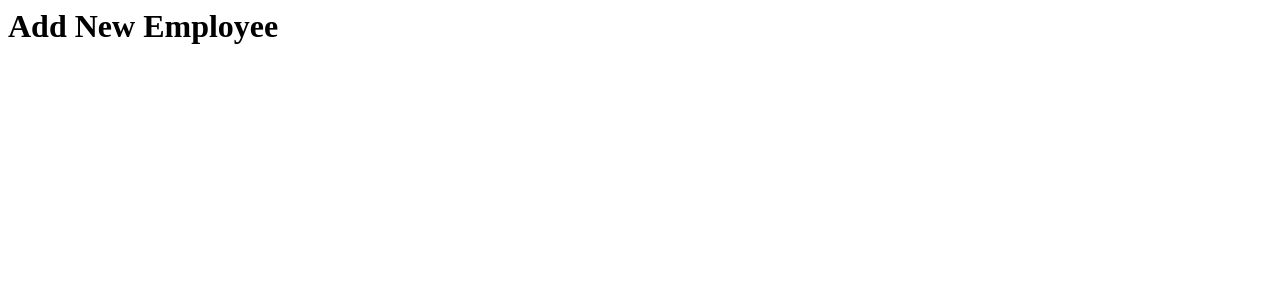
Repository: ErNitesh-d/java-program
Page: http://localhost/JSP_CON/
An editor plug-in stored every save of this project. The page is shown before and after the next save, followed by the edit.
The browser window is 1280 px wide. The pictures show the whole page.
The page is served by Tomcat 9.

Above is the page before, as saved 2022-09-28 15:00:17.

### JAVA PROJECTS/JSP_CON/WebContent/index.jsp
<html>
<head>
<meta charset="ISO-8859-1">
<title>Insert title here</title>
</head>
<body>
<h1>Add New Employee</h1>

After the next save:
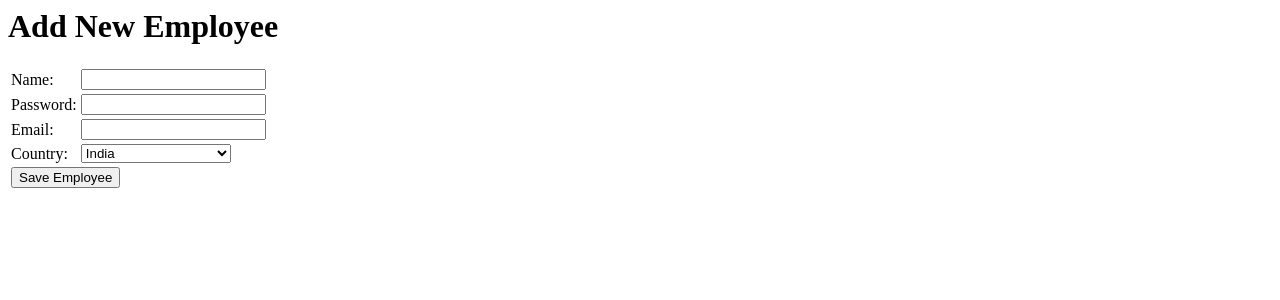
Saved 7 min 32 s later.
--- a/JAVA PROJECTS/JSP_CON/WebContent/index.jsp
+++ b/JAVA PROJECTS/JSP_CON/WebContent/index.jsp
@@ -5,3 +5,30 @@
 </head>
 <body>
 <h1>Add New Employee</h1>
+<form action="SaveRegistration.jsp" method="post"> <table>
+<tr>
+<td>Name:</td>
+<td><input type="text" name="name"/></td>
+</tr>
+<tr>
+<td>Password: </td>
+<td><input type="password" name="password"/></td>
+</tr>
+<tr>
+<td>Email:</td>
+<td><input type="email" name="email"/></td>
+</tr>
+<tr>
+<td>Country: </td>
+<td>
+<select name="country" style="width:150px">
+<option>India</option>
+<option>USA</option>
+<option>UK </option>
+<option>Other</option>
+</select>
+</td>
+</tr>
+<tr>
+<td colspan="2"><input type="submit" value="Save Employee"/></td>
+</tr>
